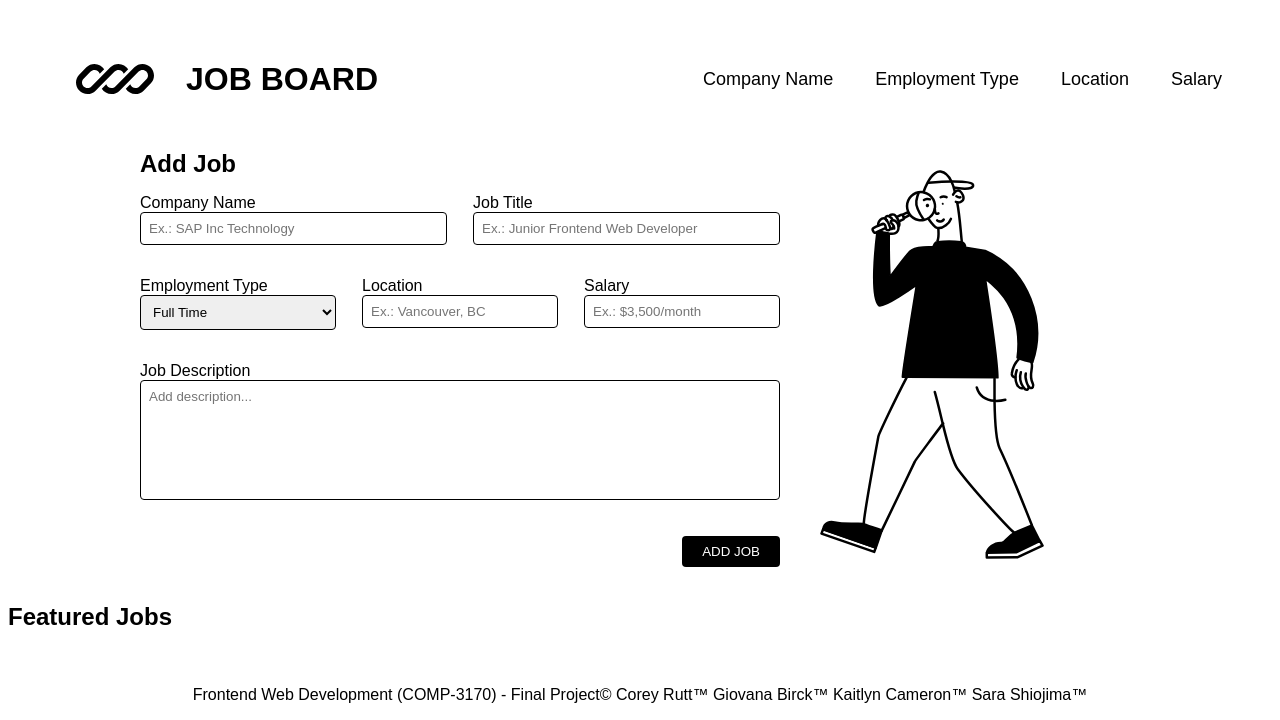
Repository: kcameron37/Final-Project-FrontEnd
Page: /
These files come from the project's save history. The page is drawn as it stood at one moment and after the next save; the edit follows.
The browser window is 1280 px wide. The pictures show the whole page.
The project was rebuilt for these pictures with package versions that can differ from the ones it lists, and the page was loaded fresh each time.

Above is the page before, as saved 2023-11-14 22:04:28.

### src/index.js
import { StrictMode } from "react";
import { createRoot } from "react-dom/client";

import App from "./App";
import './styles.css'; // Import your CSS stylesheet

const rootElement = document.getElementById("root");
const root = createRoot(rootElement);

root.render(
  <StrictMode>
    <App />
    <p className="footer">Frontend Web Development (COMP-3170) - Final Project&copy; Corey Rutt&trade; Giovana Birck&trade; Kaitlyn Cameron&trade; Sara Shiojima&trade; </p>
  </StrictMode>
);

### src/App.js
import React, { useState } from 'react';

import styles from './styles.css';

import JobList from './components/JobList.js';
import AddJob from './components/AddJob.js';
import NavBar from './components/NavBar.js';


export default function App() {
  const [jobs, setJobs] = useState([]);

  const addJob = (job) => {
    setJobs([...jobs, job]);
  };

  const deleteJob = (index) => {
    const newJobs = jobs.filter((_, idx) => idx !== index);
    setJobs(newJobs);
  };

  return (
    <div className="App">
      <NavBar />
      <AddJob addJob={addJob} />
      <JobList jobs={jobs} deleteJob={deleteJob} />
    </div>
  );
}

### src/styles.css
.App {
  font-family: 'Rubik', sans-serif;
}

.footer {
  position: fixed;
  left: 0;
  bottom: 0;
  width: 100%;
  text-align: center;
}

### src/components/JobList.js
import React from 'react';
import styles from './jobList.module.css';

export default function JobList({ jobs, deleteJob }) {
  return (
    <div className={styles.jobListContainer}>
      <h2>Featured Jobs</h2>
      {
        jobs.map((job, index) => (
          <div key={index} className={styles.jobItem}>
            <div className={styles.titleLine}>
              <h3 className={styles.jobTitle}>{job.jobTitle}</h3>
              <button className={styles.editButton} onClick={() => console.log('Make Edit Do Something')}>Edit</button>
              <button className={styles.deleteButton} onClick={() => deleteJob(index)}>Delete</button>
            </div>

            <div className={styles.companyInfo}>
              <div className={styles.companyName}>
                <span>{job.companyName}</span>
              </div>
              <div className={styles.companyDetails}>
                <span>{job.employment}</span>
                <span>{job.location}</span>
                <span>{job.salary}</span>
              </div>
            </div>
            <p className={styles.jobDescription}>{job.description}</p>
          </div>
        ))
      }
    </div>
  );
}

### src/components/AddJob.js
import React, { useState } from 'react';
import styles from './addJob.module.css';


export default function AddJob({ addJob }) {

    const [job, setJob] = useState({
        companyName: '',
        jobTitle: '',
        employment: 'Full Time',
        location: '',
        salary: '',
        description: ''
    });

    const handleSubmit = (e) => {
        e.preventDefault();
        addJob(job);
        setJob({ companyName: '', jobTitle: '', employment: 'Full Time', location: '', salary: '', description: '' });
    }

    const handleChange = (e) => {
        setJob({ ...job, [e.target.name]: e.target.value });
    };

    return (

        <form onSubmit={handleSubmit} className={styles.container}>
            <div className={styles.form}>
                <h2 className={styles.formTitle}>Add Job</h2>

                <div className={styles.formRow}>
                    <div className={styles.inputContainer}>
                        <label className={styles.inputLabel}>
                            Company Name
                        </label>

                        <input
                            type="text"
                            name="companyName"
                            value={job.companyName}
                            onChange={handleChange}
                            placeholder="Ex.: SAP Inc Technology"
                            className={styles.textInput}
                        />
                    </div>

                    <div className={styles.inputContainer}>
                        <label className={styles.inputLabel}>
                            Job Title
                        </label>

                        <input
                            type="text"
                            name="jobTitle"
                            value={job.jobTitle}
                            onChange={handleChange}
                            placeholder="Ex.: Junior Frontend Web Developer"
                            className={styles.textInput}
                        />
                    </div>
                </div>

                <div className={styles.formRow}>
                    <div className={styles.inputContainer}>
                        <label className={styles.inputLabel}>
                            Employment Type
                        </label>

                        <select
                            name="employment"
                            value={job.employment}
                            onChange={handleChange}
                            className={styles.selectInput}
                        >
                            <option value="Full Time">Full Time</option>
                            <option value="Part Time">Part Time</option>
                        </select>
                    </div>

                    <div className={styles.inputContainer}>
                        <label className={styles.inputLabel}>
                            Location
                        </label>

                        <input
                            type="text"
                            name="location"
                            value={job.location}
                            onChange={handleChange}
                            placeholder="Ex.: Vancouver, BC"
                            className={styles.textInput}
                        />
                    </div>

                    <div className={styles.inputContainer}>
                        <label className={styles.inputLabel}>
                            Salary
                        </label>

                        <input
                            type="text"
                            name="salary"
                            value={job.salary}
                            onChange={handleChange}
                            placeholder="Ex.: $3,500/month"
                            className={styles.textInput}
                        />
                    </div>
                </div>

                <div className={styles.formRow}>
                    <div className={styles.inputContainer}>
                        <label className={styles.inputLabel}>
                            Job Description
                        </label>

                        <textarea
                            name="description"
                            value={job.description}
                            onChange={handleChange}
                            placeholder="Add description..."
                            className={styles.textareaInput}
                        />
                    </div>
                </div>

                <div className={styles.formRow}>
                    <button className={styles.button} type="submit">
                        Add Job
                    </button>
                </div>
            </div>

            <div className={styles.imageWrap}>
                <img className={styles.image} src="/images/man.svg" alt="Logo" />
            </div>
        </form>
    );
}

### src/components/NavBar.js
import React from 'react';
import styles from './navBar.module.css';

export default function NavBar() {
    return (
        <div className={styles.navBar}>
            <div className={styles.logo}>
                <img src="/images/logo.svg" alt="Logo" />
                <h2>JOB BOARD</h2>
            </div>

            <div>
                <button>Company Name</button>
                <button>Employment Type</button>
                <button>Location</button>
                <button>Salary</button>
            </div>
        </div>
    );
}

### src/components/addJob.module.css
* > * {
    box-sizing: border-box;
    font-family: 'Rubik', sans-serif;
  }

  .container {
    display: flex;
    align-items: center;
    gap: 40px;
    width: 100%;
    max-width: 1000px;
    margin: 0 auto;
  }

  .form {
    display: flex;
    flex-direction: column;
    gap: 16px;
    flex: 2;
  }

  .formTitle {
    margin: 0;
  }

  .formRow {
    display: flex;
    width: 100%;
    gap: 26px;
    padding-bottom: 16px;
  }

  .inputContainer {
    flex: 1;
  }

  .input-label {
    display: block;
    margin-bottom: 8px;
  }

  .textInput {
    width: 100%;
    padding: 8px;
    border-radius: 4px;
    border: 1px solid black;
  }

  .selectInput {
    width: 100%;
    padding: 8px;
    border-radius: 4px;
    border: 1px solid black;
  }

  .textareaInput {
    width: 100%;
    padding: 8px;
    border-radius: 4px;
    border: 1px solid black;
    resize: none;
    height: 120px;
  }

  .button {
    padding: 8px 20px;
    background-color: #000000;
    color: #ffffff;
    border: none;
    border-radius: 4px;
    cursor: pointer;
    text-transform: uppercase;
    margin-left: auto;
  }

  .imageWrap {
    flex: 1;
  }

  .image {
    width: 70%;
  }

### src/components/navBar.module.css
.logo{
  display: flex;
  align-items: center;
  margin-left: 2em;
  padding: 1em;
}

.logo h2 {
  margin-left: 1em;
  font-size: 32px;
}

.navBar {
    background-color: transparent;
    padding: 10px 20px;
    display: flex;
    align-items: center;
    justify-content: space-between;
  }

  .navBar img {
    height: 30px;
  }

  .navBar button {
    background-color: transparent;
    border: none;
    padding: 10px 12px;
    margin-right: 1em;
    cursor: pointer;
    font-size: 18px;
  }

### src/components/jobList.module.css
.titleLine{
    display: flex;
}

.jobItem {
    border-radius: 4px;
    box-shadow: 0 2px 4px rgba(0,0,0,0.1);
    padding: 20px;
    margin-bottom: 20px;
    border: 1px solid #b7b7b7;
  }

  .jobTitle {
    font-size: 24px;
    margin-bottom: 10px;
  }

  .companyInfo {
    display: flex;
    justify-content: space-between;
    align-items: center;
    margin-bottom: 10px;
  }

  .companyName span {
    font-size: 16px;
    margin-right: 10px;
  }

  .companyDetails{
    margin-right: 40%;
  }

  .companyDetails span{
    font-size: 16px;
    margin-right: 10px;

  }

  .editButton,
  .deleteButton {
    padding: 8px 16px;
    color: black;
    border: 1px solid black;
    border-radius: 4px;
    cursor: pointer;
    text-transform: uppercase;
    font-size: 10px;
    margin-left: 8px;
  }

  .editButton {
    background-color: rgb(231, 231, 231);
  }

  .deleteButton {
    background-color:rgb(231, 231, 231);
  }

  .jobDescription {
    font-size: 16px;
  }

Loaded but not shown: public/index.html (common file)

After the next save:
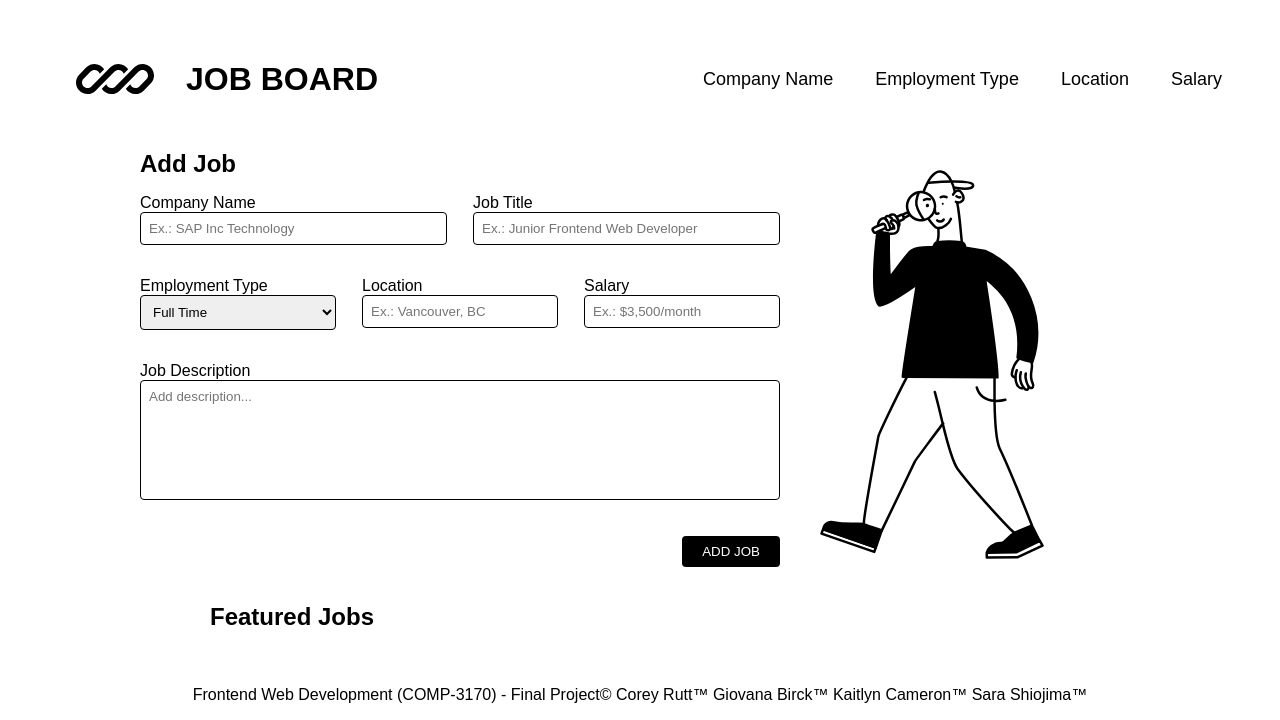
Saved 9 s later.
--- a/src/components/jobList.module.css
+++ b/src/components/jobList.module.css
@@ -1,3 +1,16 @@
+.formContainer {
+    max-width: 900px; /* or whatever the width is */
+    margin: auto;
+    /* other styles */
+  }
+
+  /* jobList.module.css */
+  .jobListContainer {
+    max-width: 900px; /* This should match the .formContainer width */
+    margin: auto; /* This centers the container */
+    padding: 0 20px; /* Add padding if the Add Job container has it */
+  }
+
 .titleLine{
     display: flex;
 }
